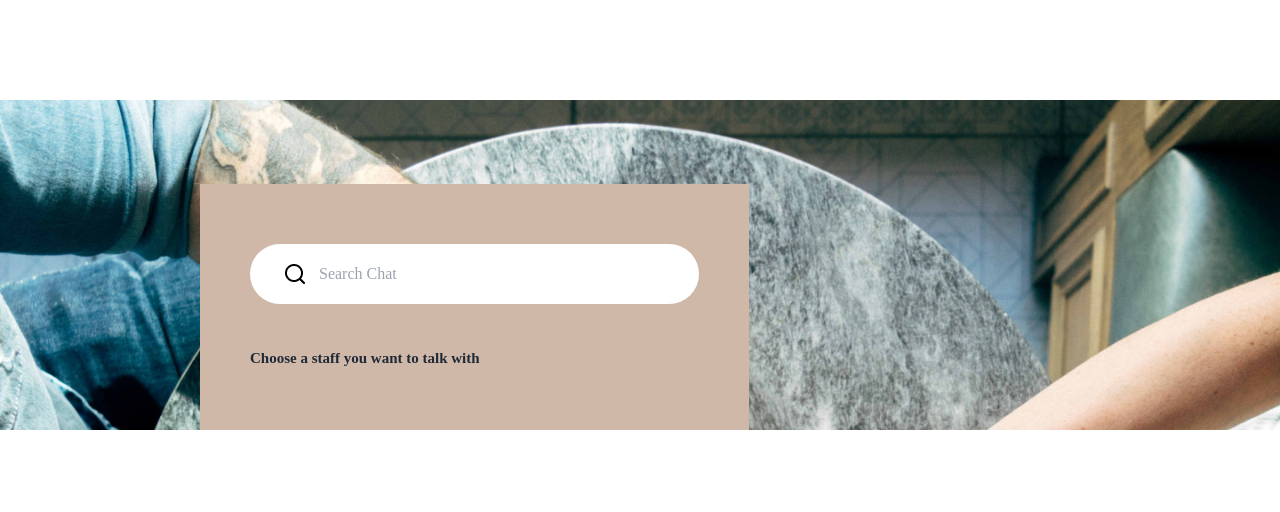
Repository: boykebn/fw12-collab2-FRONTEND
Page: /chat (app in our/)
The author's editor kept a copy of each file at every save. The page is drawn from the files as they stood at one save, then again after the next save.
The browser window is 1280 px wide. The pictures show the whole page.
The project was rebuilt for these pictures with package versions that can differ from the ones it lists, and the page was loaded fresh each time. The framework's server and built-in components were replaced by stand-ins that run in the browser. Also part of the build but not shown: our/next.config.js.

Above is the page before, as saved 2022-12-31 23:43:59.

After the next save:
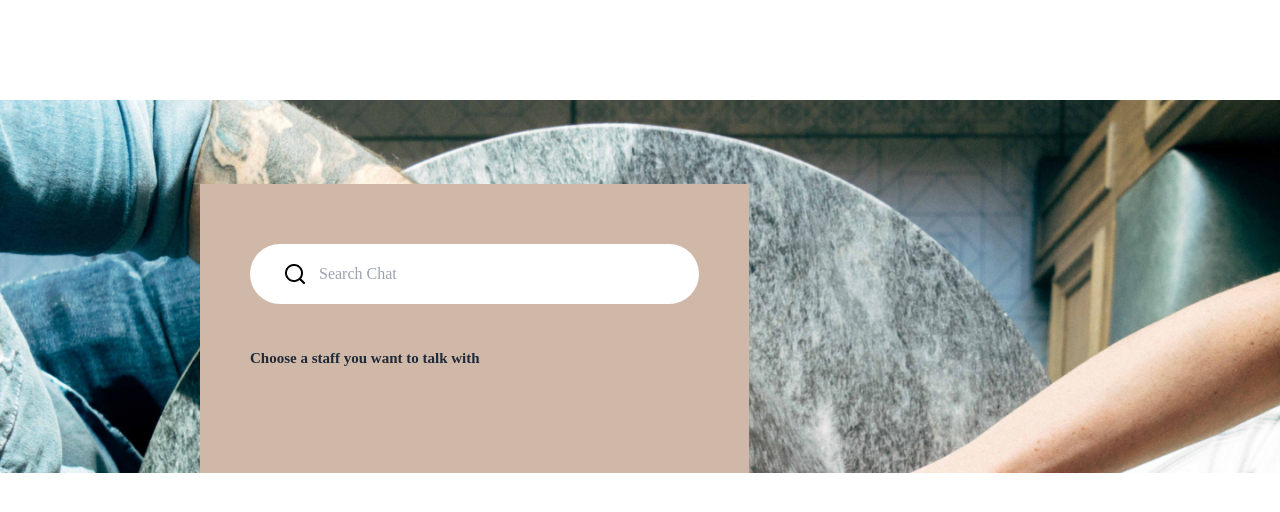
Saved 20 s later.
--- a/our/pages/chat.js
+++ b/our/pages/chat.js
@@ -12,7 +12,7 @@ const Chat = () => {
               <Image src={search} alt="search" className="mr-[14px]" />
               <input placeholder="Search Chat" className="focus:outline-none" />
             </div>
-            <p className="text-[15px] font-bold">
+            <p className="text-[15px] font-bold mb-[43px]">
               Choose a staff you want to talk with
             </p>
           </div>
